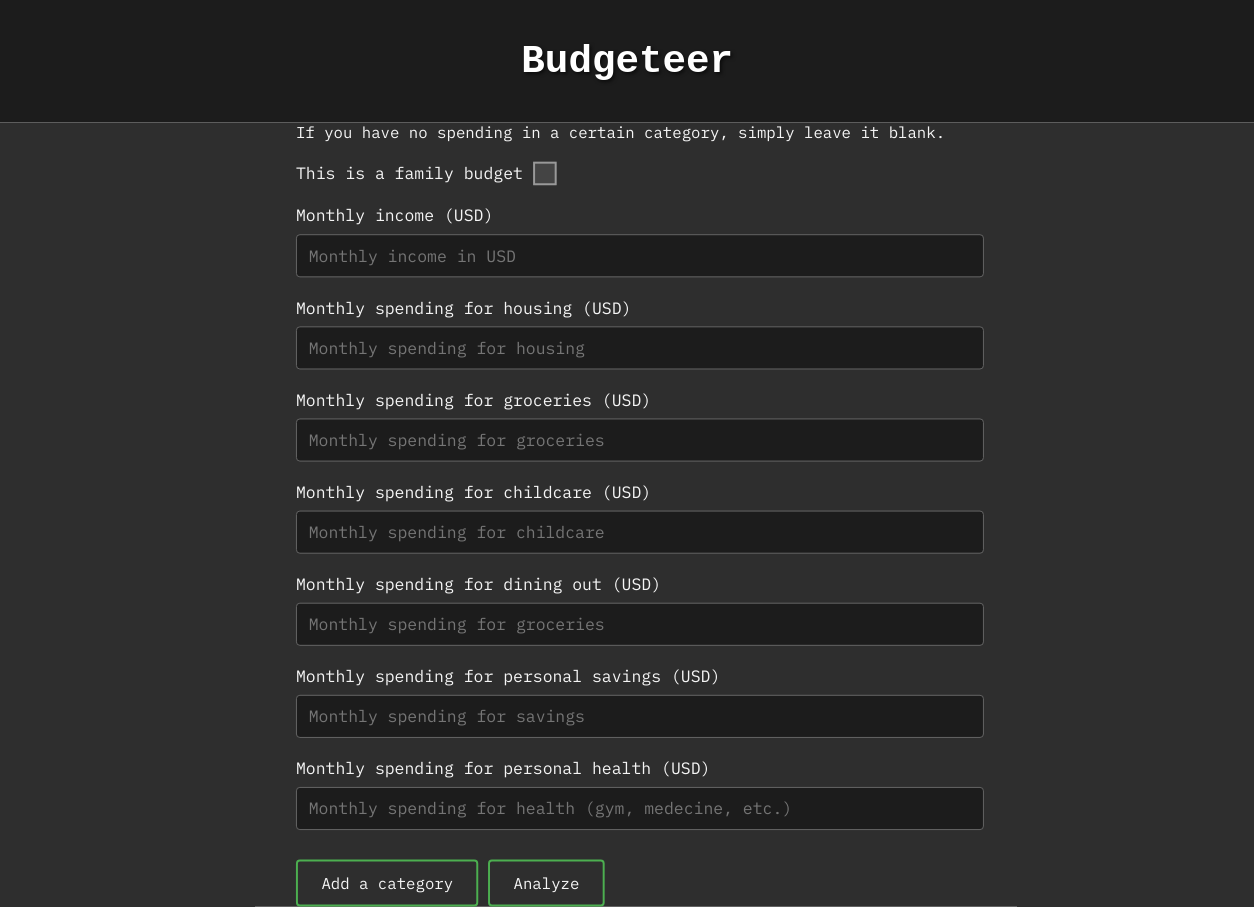
Repository: CaioNunes56/Budgeteer
Page: index.html
An editor plug-in stored every save of this project. The page is shown before and after the next save, followed by the edit.
The browser window is 1280 px wide. The pictures show the whole page, at 98% of full size.

Above is the page before, as saved 2025-04-26 19:03:59.
Console error: ReferenceError: auth0 is not defined

### index.html
<!DOCTYPE html>
<html lang="en">
<head>
    <meta charset="UTF-8">
    <meta name="viewport" content="width=device-width, initial-scale=1.0">
    <title>Budgeteer</title>
    <link rel="stylesheet" href="./style.css">
    <link href="https://fonts.googleapis.com/css2?family=IBM+Plex+Mono&display=swap" rel="stylesheet">
    <!--
    <script src="https://cdn.auth0.com/js/auth0-spa-js/2.0/auth0-spa-js.production.js"></script>
-->

    <script src="./javascript.js" defer></script>
    <script src="./budgeteer.js" defer></script>

    <script>
        function handleAddCategory() {
          const categoriesDiv = document.getElementById('categories');
          // keep a counter in the button’s dataset
          const btn = document.getElementById('addCategory');
          let count = parseInt(btn.dataset.count || '0', 10) + 1;
          btn.dataset.count = count;

          // build the wrapper
          const wrapper = document.createElement('div');
          wrapper.className = 'category-wrapper';
          wrapper.style.marginTop = '1em';

          // name
          const nameLabel = document.createElement('label');
          nameLabel.textContent = `Category ${count} Name: `;
          const nameInput = document.createElement('input');
          nameInput.type = 'text';
          nameInput.name = 'customCategoryName[]';
          nameInput.placeholder = 'Category name';

          // amount
          const amountLabel = document.createElement('label');
          amountLabel.textContent = ` Amount Spent (USD): `;
          const amountInput = document.createElement('input');
          amountInput.type = 'text';
          amountInput.name = 'customCategoryAmount[]';
          nameInput.placeholder = 'Category name';

              // delete button
        const deleteBtn = document.createElement('button');
        deleteBtn.type = 'button';
        deleteBtn.textContent = 'Delete';
        deleteBtn.style.marginLeft = '0.5em';
        deleteBtn.addEventListener('click', () => {
        wrapper.remove();
        // optional: re-number remaining categories if you like
        });

          // assemble and append
          wrapper.append(nameLabel, nameInput, amountLabel, amountInput);
          categoriesDiv.appendChild(wrapper);
        }
      </script>

</head>

<body>
    <header>
        <h1>Budgeteer</h1>
    </header>
    <main>
        <form class="basic">
            If you have no spending in a certain category, simply leave it blank.
            <label class="customCheck">
                This is a family budget
                <input type="checkbox">
                <span class="checkmark"></span>
            </label>

            <label for="income">
                Monthly income (USD)
                <input type="text" id="income" placeholder="Monthly income in USD">
            </label>

            <label for="housing">
                Monthly spending for housing (USD)
                <input type="text" id="housing" placeholder="Monthly spending for housing">
            </label>

            <label for="groceries">
                Monthly spending for groceries (USD)
                <input type="text" id="groceries" placeholder="Monthly spending for groceries">
            </label>

            <label for="childcare">
                Monthly spending for childcare (USD)
                <input type="text" id="childcare" placeholder="Monthly spending for childcare">
            </label>

            <label for="diningOut">
                Monthly spending for dining out (USD)
                <input type="text" id="diningOut" placeholder="Monthly spending for groceries">
            </label>

            <label for="savings">
                Monthly spending for personal savings (USD)
                <input type="text" id="savings" placeholder="Monthly spending for savings">
            </label>

            <label for="health">
                Monthly spending for personal health (USD)
                <input type="text" id="health" placeholder="Monthly spending for health (gym, medecine, etc.)">
            </label>

            <button
            type="button"
            id="addCategory"
            data-count="0"
            onclick="handleAddCategory()"
          >
            Add a category
          </button>

            <button type="button" id="analyze">Analyze</button>
        </form>
        <div class="output"></div>
    </main>
</body>
</html>

### style.css
html, body{
    height: 100%;
    margin: 0;
}

body{
    margin: 0;
    padding: 0;
    display: flex;
    flex-direction: column;
    flex-grow: 1;
    height: 100%;
}

body *{
    margin: 0;
    padding: 0;
    color: #F5F5F5;
}

header{
    display: flex;
    justify-content: center;;
    align-items: center;
    text-align: center;
    padding: 40px 0;
    background-color: #1C1C1C;


}
h1{
    font-family: 'Courier New', Courier, monospace;
    font-weight: bold;
    color: white;
    text-shadow: 2px 2px 4px rgba(0,0,0,0.6);
    font-size: 2.5em;
}
main{
    display:flex;
    justify-content: center;
    align-items: center;
    flex-grow: 1;
    height: 100%;
    padding: 150px 50px 150px 50px;
    background-color: #2E2E2E;
    color: #F5F5F5;
    font-family: 'IBM Plex Mono', monospace;
    padding: 40px;
}

main form{
    max-width: 700px;
}

/*Custom form styles*/
label {
    display: block;
    margin-top: 20px;
    font-size: 1.05em;
}

/*Text input styling*/
input[type="text"]{
    width: 100%;
    padding: 10px 12px;
    margin-top: 8px;
    background-color: #1C1C1C;
    border: 1px solid #666;
    border-radius: 4px;
    color: #F5F5F5;
    font-family: 'IBM Plex Mono', monospace;
    font-size: 1em;
    transition: border-color 0.3s, box-shadow 0.3s;
}

input[type="text"]:focus
{
    border-color: #4CAF50;
    box-shadow: 0 0 5px #4CAF50;
    outline: none;
}
/*Checkbox input styling*/
label.customCheck {
    display: flex;
    align-items: center;
    cursor: pointer;
    margin-top: 20px;
}

.customCheck input[type="checkbox"] {
    display: none;
}

.customCheck .checkmark {
    width: 20px;
    height: 20px;
    background-color: #444;
    border: 2px solid #999;
    display: inline-block;
    position: relative;
    margin-right: 10px;
    margin-left: 10px;
}

.customCheck input:checked + .checkmark {
    background-color: #4CAF50;
    border-color: #4CAF50;
}

.customCheck input:checked + .checkmark::after {
    content: "";
    position: absolute;
    left: 6px;
    top: 2px;
    width: 5px;
    height: 10px;
    border: solid white;
    border-width: 0 2px 2px 0;
    transform: rotate(45deg);
}

button{
    margin-top: 30px;
    padding: 12px 24px;
    background-color: transparent;
    color: #F5F5F5;
    border: 2px solid #4CAF50;
    border-radius: 4px;
    font-family: 'IBM Plex Mono', monospace;
    font-size: 1em;
    cursor: pointer;
    transition: background-color 0.3s, box-shadow 0.3s;
}

button:hover {
    background-color: #4CAF50;
    box-shadow: 0 0 8px #4CAF50;
    color: #000;
}

button #addcategory{
    display:block;
    background-color: #1C1C1C ;
    color: #F5F5F5;
}

### javascript.js
console.log("✅ javascript.js has been loaded!");

let auth0Client = null;

async function configureClient() {
  auth0Client = await auth0.createAuth0Client({
    domain: "dev-mwel3gbeogijpxg8.us.auth0.com",
    clientId: "kXOjAmfXWIboql8iXLsO2X1sbjFD7mjT",
    authorizationParams: {
      redirect_uri: window.location.origin + window.location.pathname
    }
  });
  console.log("✅ Auth0 client created");
}

window.onload = async () => {
  console.log("🌐 window.onload fired");

  // 1) Initialize the Auth0 client
  await configureClient();

  // 2) Handle the redirect callback (if we just came back from Auth0)
  const query = window.location.search;
  if (query.includes("code=") && query.includes("state=")) {
    console.log("🔄 Processing login callback");
    try {
      const result = await auth0Client.handleRedirectCallback();
      console.log("✅ Callback handled, appState:", result.appState);
    } catch (e) {
      console.error("❌ Error handling callback:", e);
    }
    // Clean up the URL so users don’t see code & state params
    window.history.replaceState({}, document.title, window.location.pathname);
  }

  // 3) Check if user is authenticated
  const isAuthenticated = await auth0Client.isAuthenticated();
  console.log("🔑 isAuthenticated:", isAuthenticated);

  if (!isAuthenticated) {
    // 4) Not logged in → kick off the redirect to the Universal Login page
    console.log("➡️ Redirecting to Auth0 login");
    await auth0Client.loginWithRedirect();
  } else {
    console.log("🎉 User is authenticated — show your app now");
    // (You can now safely render protected UI)
  }
};

// (Optional) Call this when you want to log out:
async function logout() {
  console.log("🚪 Logging out");
  await auth0Client.logout({
    logoutParams: {
      returnTo: window.location.origin + "/"
    }
  });
}

### budgeteer.js
console.log("JavaScript is working!");

document.addEventListener('DOMContentLoaded', () => {

    const analyzeBudgetButton = document.getElementById('analyze');

    analyzeBudgetButton.addEventListener('click', async (event) => {
        event.preventDefault();

        const budgetData = {};

        const housingAmount = document.getElementById('housing');
        const foodAmount = document.getElementById('groceries');
        const childCareAmount = document.getElementById('childcare');
        const leisureAmount = document.getElementById('diningOut');
        const savingsAmount = document.getElementById('savings');
        const healthcareAmount = document.getElementById('health');

        budgetData['housing'] = parseFloat(housingAmount.value);
        budgetData['groceries'] = parseFloat(foodAmount.value);
        budgetData['childcare'] = parseFloat(childCareAmount.value);
        budgetData['diningOut'] = parseFloat(leisureAmount.value);
        budgetData['savings'] = parseFloat(savingsAmount.value);
        budgetData['health'] = parseFloat(healthcareAmount.value);

        const stringToSend = `What is the total when all the values in this budget: ${JSON.stringify(budgetData)} are added up to each other?
        Give me two financial advices about this budget (How can I lower my expenses (Do that only for the highest value category), how can I better balance everything out)`;

        const apiKey = 'AIzaSyCNCdj6NO7svW8gOwnJgjlTsz9DK1ZSzm0';
        const apiURL = 'POST https://dialogflow.googleapis.com/v2/projects/{project-id}/agent/sessions/{session-id}:detectIntent';

        const dataSent = {
            contents: [{ parts: [{ text: stringToSend}] }]
        };

        const answer = await fetch(apiURL, {
            method: 'POST',
            headers: {
                'Content-Type': 'application/json',
                'Authorization': `Bearer ${apiKey}`
            },
            body: JSON.stringify(dataSent)
        });

        const responseData = await answer.json();
        console.log(responseData);
    })
})

After the next save:
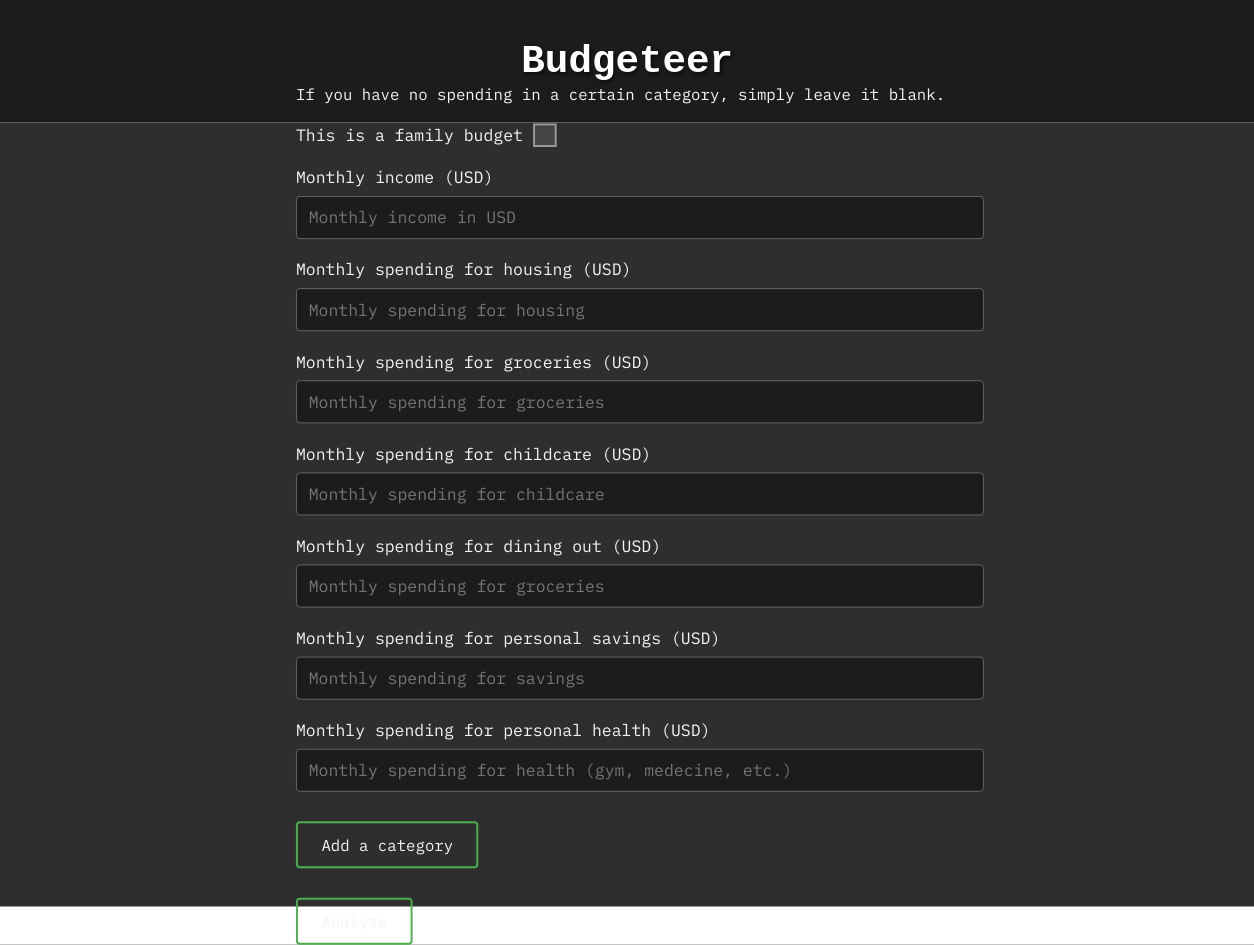
Saved 8 s later.
--- a/index.html
+++ b/index.html
@@ -108,7 +108,8 @@
                 <input type="text" id="health" placeholder="Monthly spending for health (gym, medecine, etc.)">
             </label>
 
-            <button
+            <div class="newcategories">
+                <button
             type="button"
             id="addCategory"
             data-count="0"
@@ -116,6 +117,8 @@
           >
             Add a category
           </button>
+            </div>
+
 
             <button type="button" id="analyze">Analyze</button>
         </form>

After the 2 saves that followed:
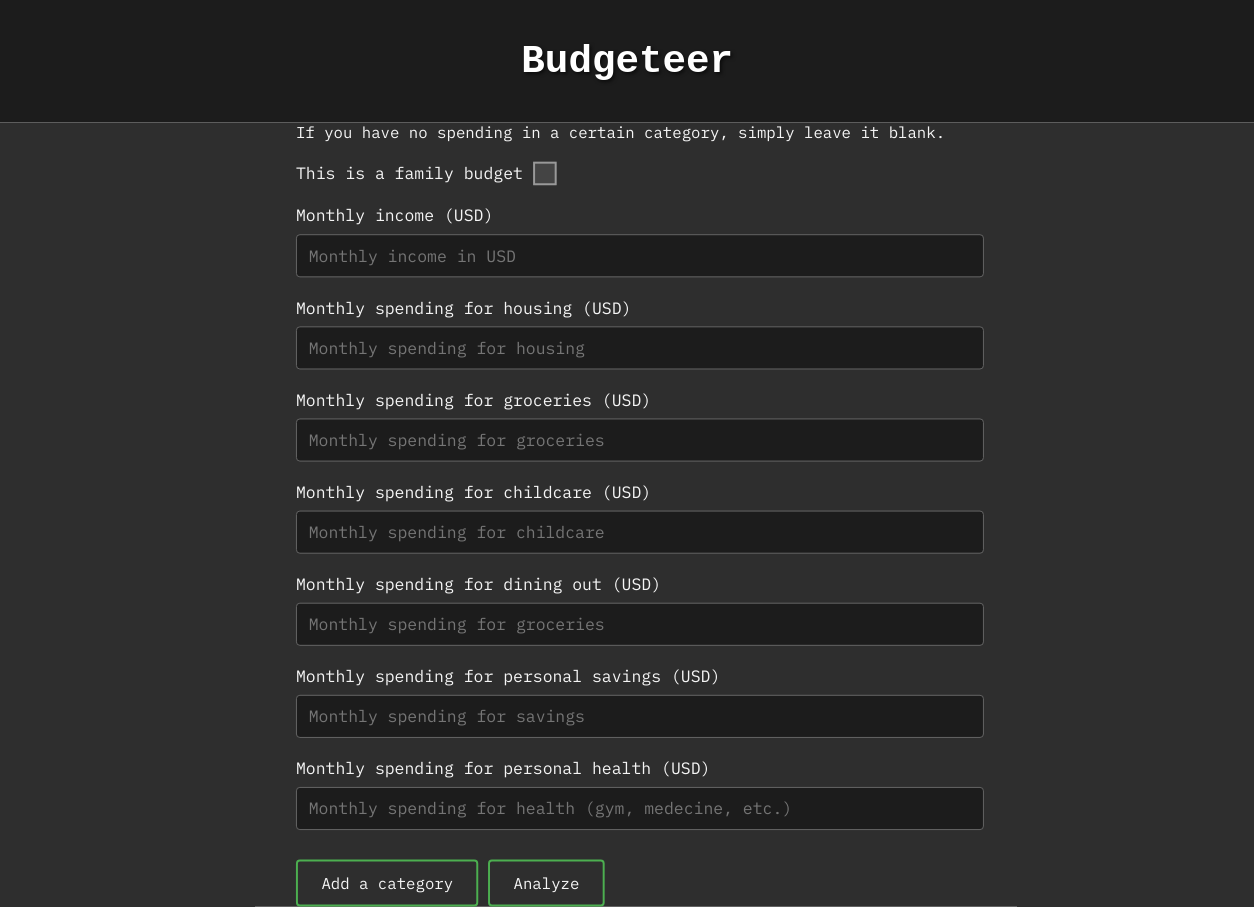
The 2 saves are shown as one change because 1 left the picture as it was.
The last was saved 2 min 6 s later.
--- a/index.html
+++ b/index.html
@@ -109,6 +109,7 @@
             </label>
 
             <div class="newcategories">
+            </div>
                 <button
             type="button"
             id="addCategory"
--- a/style.css
+++ b/style.css
@@ -79,6 +79,8 @@
     box-shadow: 0 0 5px #4CAF50;
     outline: none;
 }
+
+
 /*Checkbox input styling*/
 label.customCheck {
     display: flex;
